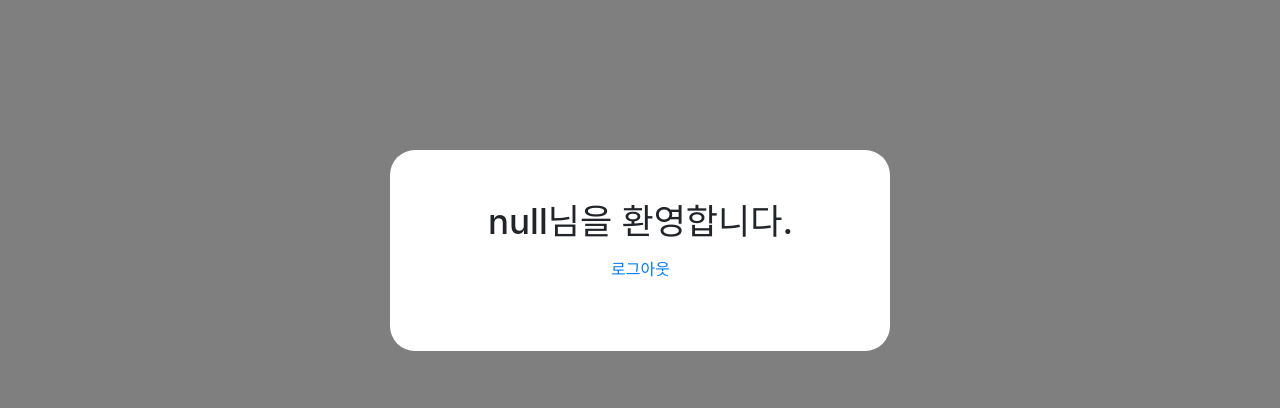
Repository: Jungsol/Servlet_JSP_study
Page: http://localhost/JSP/ex14Join/joinTrue.jsp
The author's editor kept a copy of each file at every save. The page is drawn from the files as they stood at one save, then again after the next save.
The browser window is 1280 px wide. The pictures show the whole page.
Some web libraries are served in a nearby version. The page is served by Tomcat 9. Other server files are loaded and not shown.

Above is the page before, as saved 2023-06-19 10:50:04.
Console error: TypeError: Cannot read properties of undefined (reading 'fn')

### JSP/src/main/webapp/ex14Join/joinTrue.jsp
<%@ page language="java" contentType="text/html; charset=EUC-KR"
    pageEncoding="EUC-KR"%>
<!DOCTYPE html>
<html>
<head>
	<link href="//maxcdn.bootstrapcdn.com/bootstrap/4.1.1/css/bootstrap.min.css" rel="stylesheet" id="bootstrap-css">
	<link href="login.css" rel="stylesheet">
	<script src="//maxcdn.bootstrapcdn.com/bootstrap/4.1.1/js/bootstrap.min.js"></script>
	<script src="//cdnjs.cloudflare.com/ajax/libs/jquery/3.2.1/jquery.min.js"></script>
	<meta charset="EUC-KR">
	<title>Insert title here</title>
</head>
<body id="LoginForm">
<!-- loginCheck에서 넘겨받은 id를 가져오시오. -->
	<div class="container">
		<div class="main-div">
			<div class="panel">
				<!-- id를 웹페이지에 출력하시오. -->
				<h1><%= request.getParameter("nick") %>님을 환영합니다.</h1>

				<a href="logout.jsp">로그아웃</a>


			</div>
		</div>
	</div>

</body>
</html>

### JSP/src/main/webapp/ex13Login/login.css
@charset "EUC-KR";

@charset "EUC-KR";

body#LoginForm {
	background-color: rgba(0,0,0,0.5);
}

.form-heading {
	color: #fff;
	font-size: 23px;
}

.panel h2 {
	color: #444444;
	font-size: 18px;
	margin: 0 0 8px 0;
}

.panel h1{
	font-size: 35px;
	margin: 0;
	text-align: center;
}

.panel p {
	color: #777777;
	font-size: 14px;
	margin-bottom: 30px;
	line-height: 24px;
}
.panel a{
	display: block;
	text-align: center;
	margin-top: 15px;
}

.login-form .form-control {
	background: #f7f7f7 none repeat scroll 0 0;
	border: 1px solid #d4d4d4;
	border-radius: 4px;
	font-size: 14px;
	height: 50px;
	line-height: 50px;
}

.main-div {
	background: #ffffff none repeat scroll 0 0;
	border-radius: 25px;
	margin: 150px auto 30px;
	width:500px;
	padding: 50px 70px 70px 71px;
}

.login-form .form-group {
	margin-bottom: 10px;
}

.login-form {
	text-align: center;
}

.login-form  .btn.btn-primary {
	background: #f0ad4e none repeat scroll 0 0;
	border-color: #f0ad4e;
	color: #ffffff;
	font-size: 14px;
	width: 100%;
	height: 50px;
	line-height: 50px;
	padding: 0;
}

.botto-text {
	color: #ffffff;
	font-size: 14px;
	margin: auto;
}

.login-form .btn.btn-primary.reset {
	background: #ff9900 none repeat scroll 0 0;
}

.back {
	text-align: left;
	margin-top: 10px;
}

.back a {
	color: #444444;
	font-size: 13px;
	text-decoration: none;
}

After the next save:
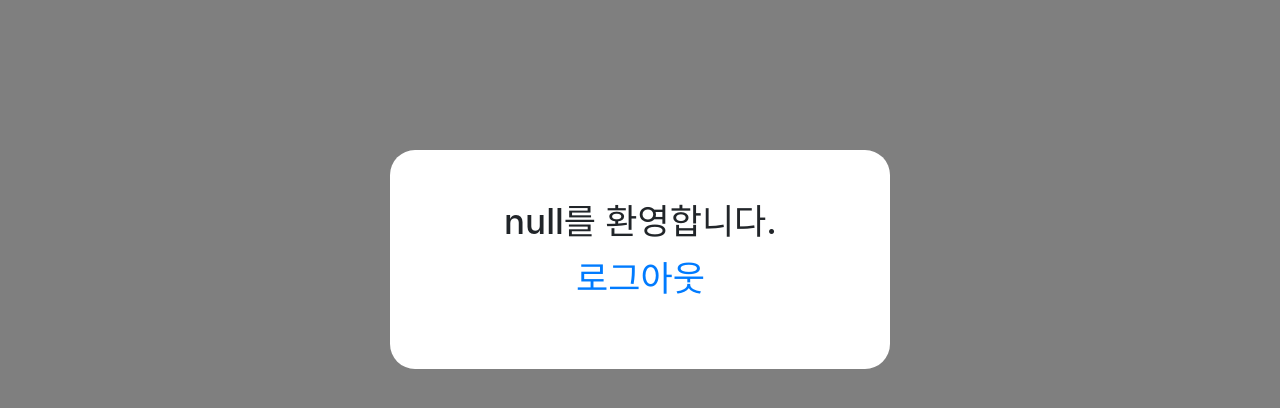
Saved 50 s later.
--- a/JSP/src/main/webapp/ex14Join/joinTrue.jsp
+++ b/JSP/src/main/webapp/ex14Join/joinTrue.jsp
@@ -16,7 +16,8 @@
 		<div class="main-div">
 			<div class="panel">
 				<!-- id를 웹페이지에 출력하시오. -->
-				<h1><%= request.getParameter("nick") %>님을 환영합니다.</h1>
+				<%-- <h1><%= request.getParameter("nick") %>님을 환영합니다.</h1> --%>
+				<h1><%=request.getParameter("nick") %>를 환영합니다.
 
 				<a href="logout.jsp">로그아웃</a>
 
